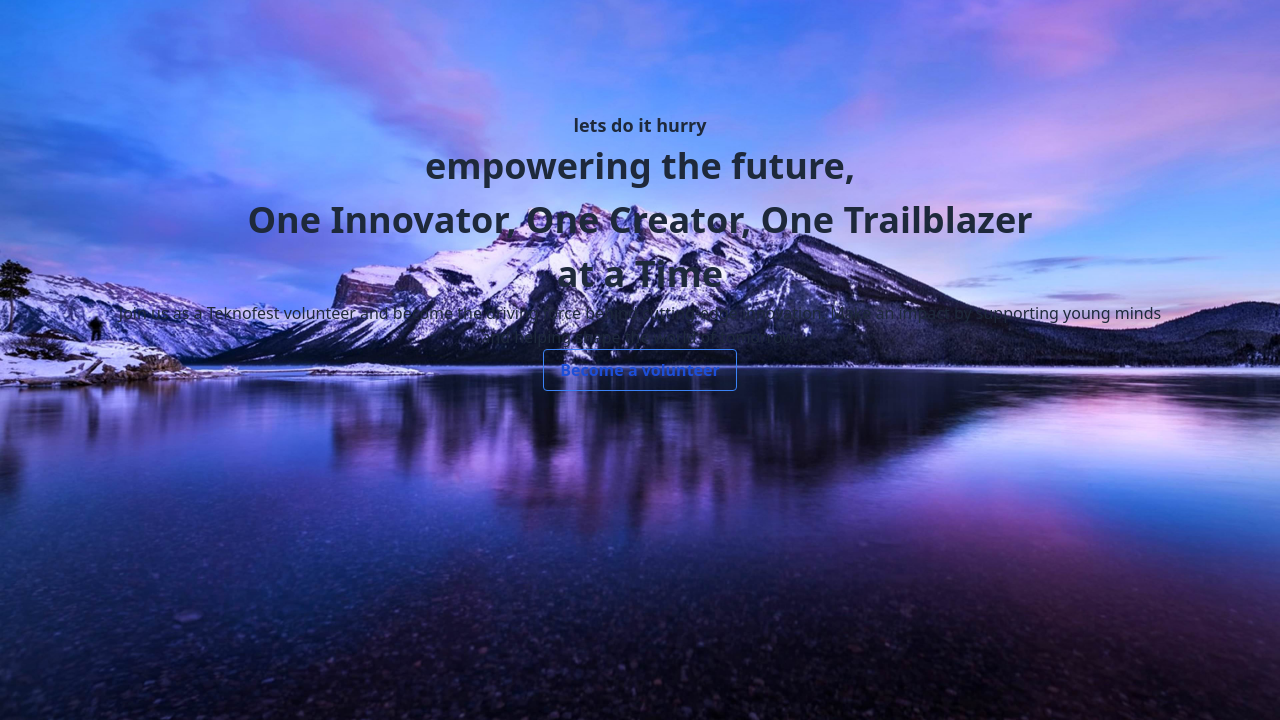
Repository: ManaheelJamil/TechnoFest-competetion
Page: /
The author's editor kept a copy of each file at every save. The page is drawn from the files as they stood at one save, then again after a run of saves.
The browser window is 1280 px wide. The pictures show the whole page.
The project was rebuilt for these pictures with package versions that can differ from the ones it lists, and the page was loaded fresh each time. The framework's server and built-in components were replaced by stand-ins that run in the browser. Also part of the build but not shown: next.config.mjs.

Above is the page before, as saved 2024-10-13 13:23:50.

After the next 4 saves:
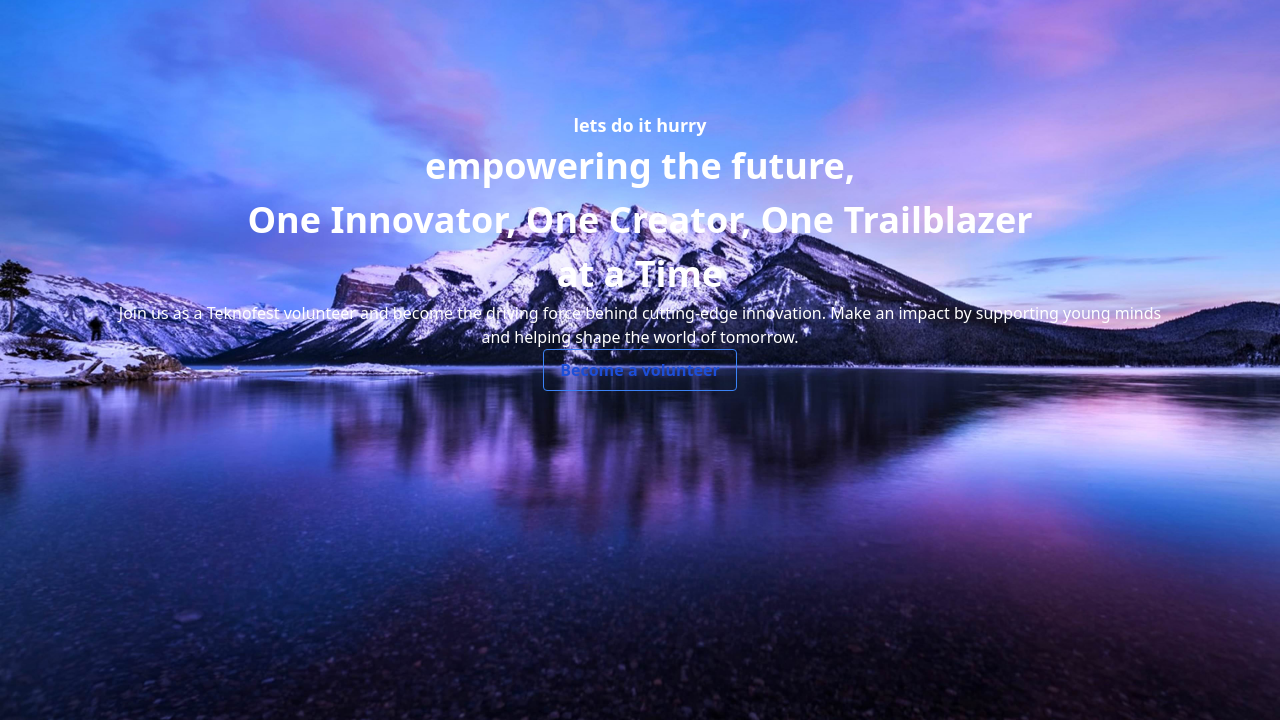
The 4 saves are shown as one change because they came seconds apart.
The last was saved 3 min 38 s later.
--- a/app/compoenent/irtizatask.js
+++ b/app/compoenent/irtizatask.js
@@ -4,7 +4,7 @@ const Irtizatask = () => {
   return (
     <div className='flex justify-center  w-full h-100vh banner' >
 
-        <div className='flex flex-col justify-items-center text-slate-800 text-center items-center m-28'  >
+        <div className='flex flex-col justify-items-center text-white text-center items-center m-28'  >
         <p className='text-[18px] font-bold'>
             lets do it hurry
         </p>
